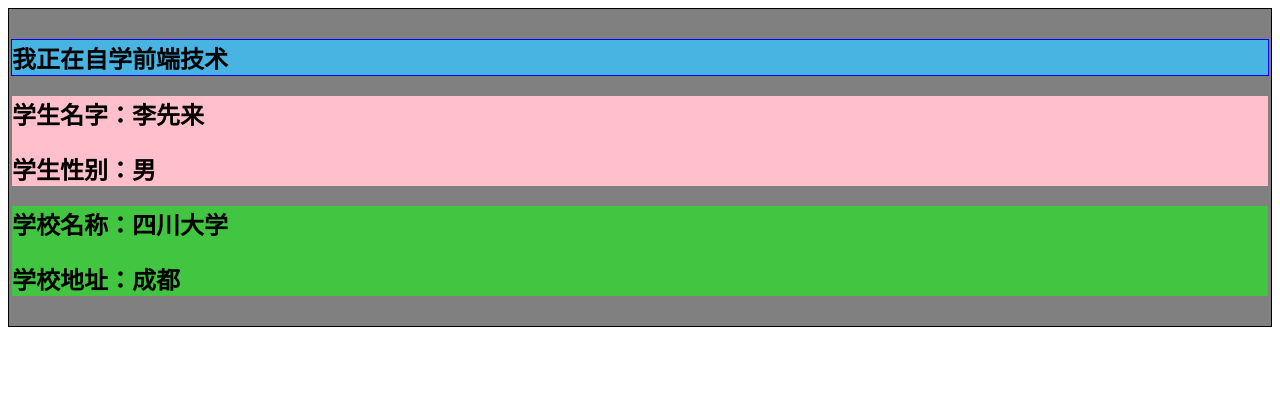
Repository: Lixianlai-2/The-journey-of-learning-Vue
Page: / (app in afterVueCli/Vue_Test/)
These files come from the project's save history. The page is drawn as it stood at one moment and after the next save; the edit follows.
The browser window is 1280 px wide. The pictures show the whole page.
The project was rebuilt for these pictures with package versions that can differ from the ones it lists, and the page was loaded fresh each time.

Above is the page before, as saved 2022-04-24 08:58:39.

### afterVueCli/Vue_Test/src/main.js
import Vue from "vue";
import App from "./App.vue";

// 关闭生产模式提醒
Vue.config.productionTip = false;

new Vue({
  render: (h) => h(App),
}).$mount("#app");

### afterVueCli/Vue_Test/src/App.vue
<template>
  <div id="app">
    <h2 class="hello">{{ msg }}</h2>
    <student />
    <school />
  </div>
</template>

<script>
import School from "./components/school.vue";
import student from "./components/student.vue";

export default {
  name: "App",
  components: {
    student,
    School,
  },
  data() {
    return {
      msg: "我正在自学前端技术",
    };
  },
};
</script>

<style lang="less">
#app {
  border: 1px solid black;
  background-color: gray;
  padding: 10px 2px;
  .hello {
    border: 1px solid blue;
    background-color: rgb(71, 180, 226);
    margin-bottom: 20px;
  }
}
</style>

### afterVueCli/Vue_Test/src/components/school.vue
<template>
  <div class="school">
    <h2>学校名称：{{ name }}</h2>
    <h2>学校地址：{{ address }}</h2>
    <!-- <button @click="showName">点击弹出学生名字</button> -->
  </div>
</template>

<script>
export default {
  data() {
    return {
      name: "四川大学",
      address: "成都",
    };
  },
};
</script>

<style scoped]>
.school {
  /* padding: 5px; */
  margin: 5px 1px;
  background-color: rgb(66, 197, 64);
}
</style>

### afterVueCli/Vue_Test/src/components/student.vue
<template>
  <div class="student">
    <h2>学生名字：{{ name }}</h2>
    <h2>学生性别：{{ gender }}</h2>
  </div>
</template>

<script>
export default {
  data() {
    return {
      name: "李先来",
      gender: "男",
    };
  },
};
</script>

<style scoped>
.student {
  /* padding: 1px; */
  margin: 5px 1px;
  background-color: pink;
}
</style>

Loaded but not shown: afterVueCli/Vue_Test/public/index.html (common file)

After the next save:
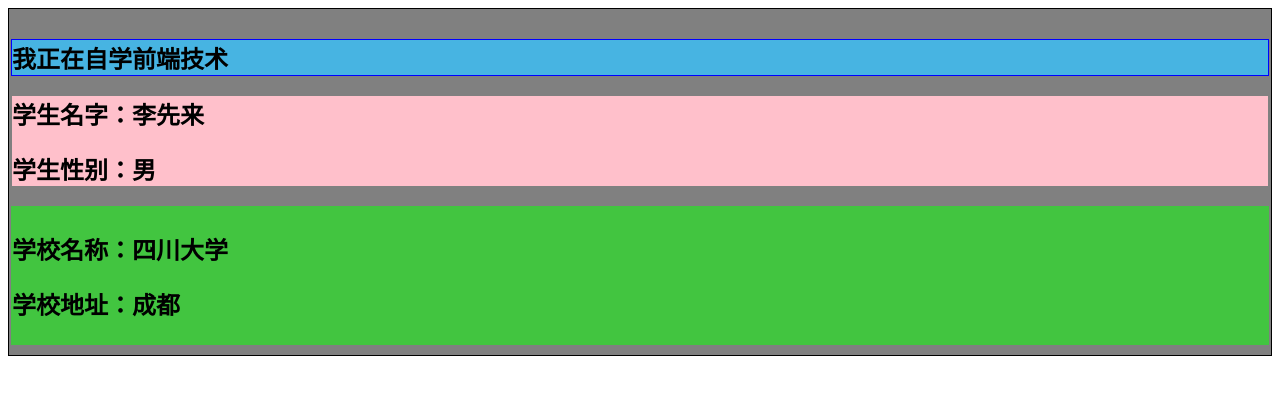
Saved 19 s later.
--- a/afterVueCli/Vue_Test/src/components/school.vue
+++ b/afterVueCli/Vue_Test/src/components/school.vue
@@ -20,7 +20,7 @@ export default {
 <style scoped]>
 .school {
   /* padding: 5px; */
-  margin: 5px 1px;
+  padding: 5px 1px;
   background-color: rgb(66, 197, 64);
 }
 </style>
